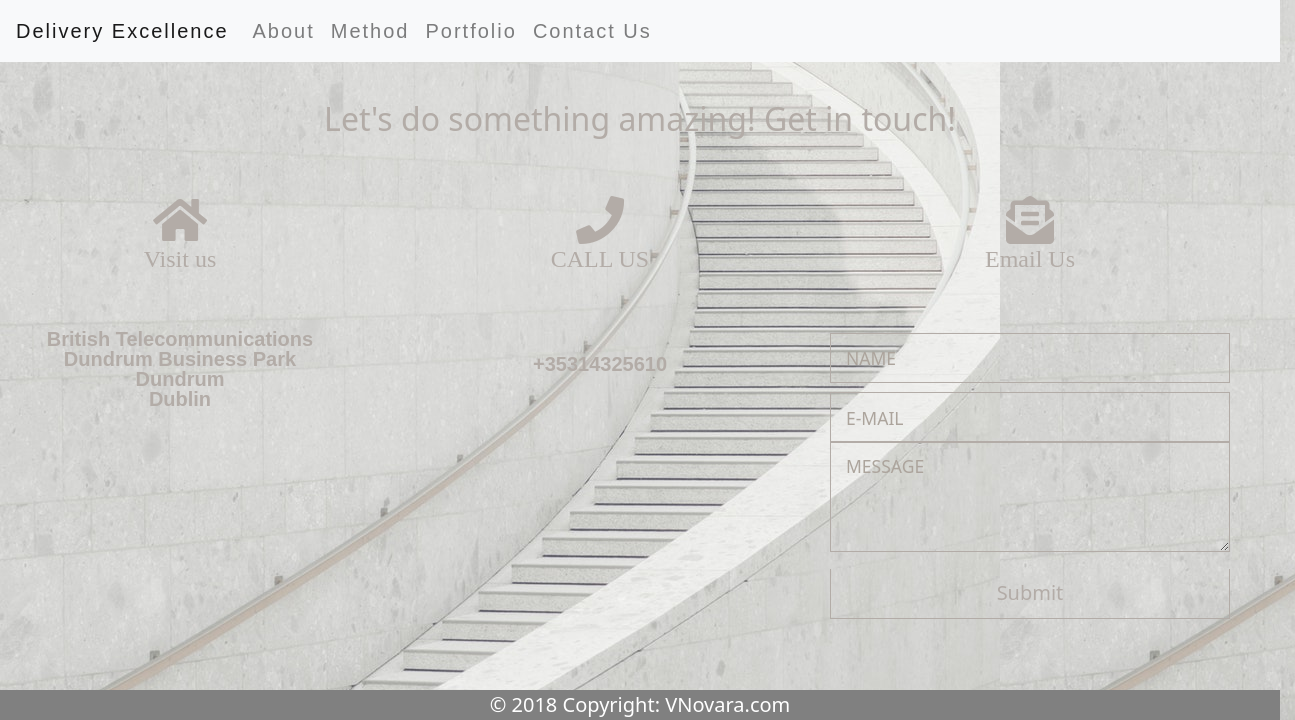
Repository: valenovi76/DeliveryExcellence
Page: contact.html
The author's editor kept a record of every edit. The page is drawn from the files as they stood at one moment, then again after the next edit.
The browser window is 1280 px wide. The page is 1295 px wide, so the pictures cover 1295 px, including what lies to the right of the window. The pictures show the whole page.
Some web libraries are served in a nearby version.

Above is the page before.

After the next edit:
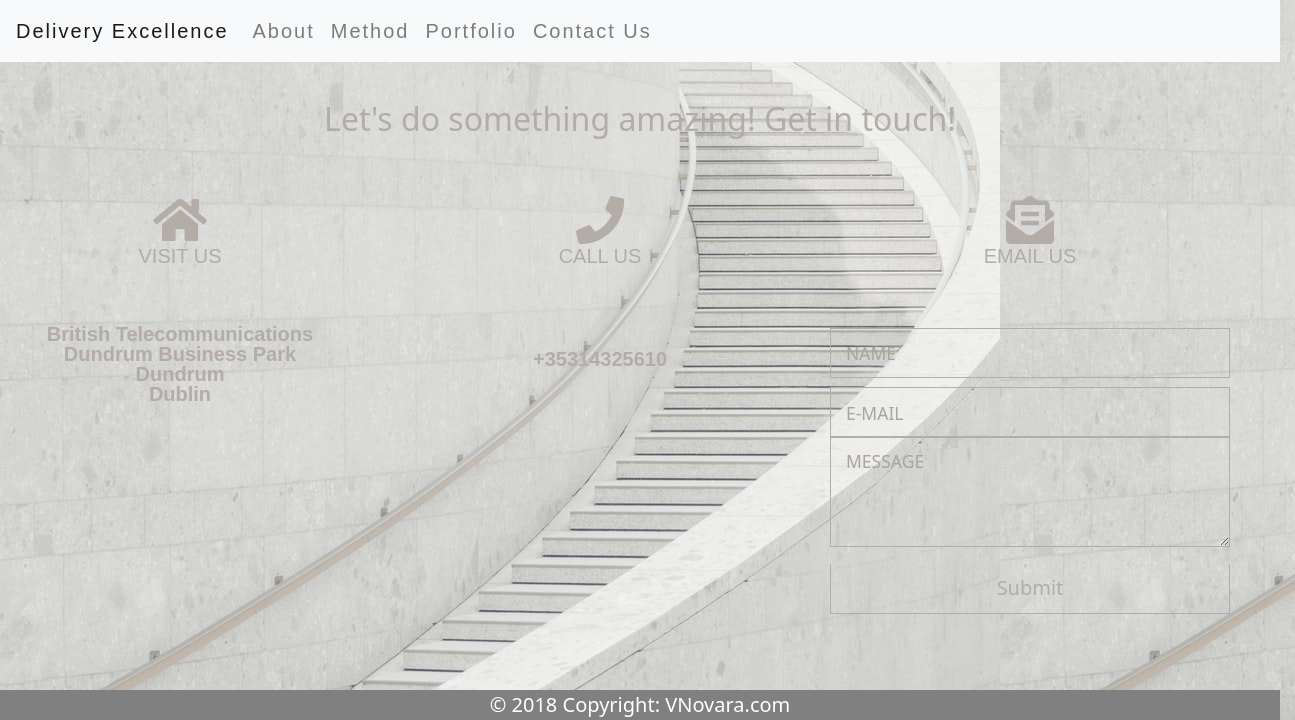
The edit:
--- a/assets/style.css
+++ b/assets/style.css
@@ -57,6 +57,13 @@
 /*---------------------------Contact page ----------------------*/
 i{
   text-align: center;
+}
+
+h4 {
+  font-family:"Fajalla Ona", sans-serif;
+  font-size: 20px;
+  text-transform:uppercase;
+
 }
 .fa-phone{
       font-size: 3rem;
